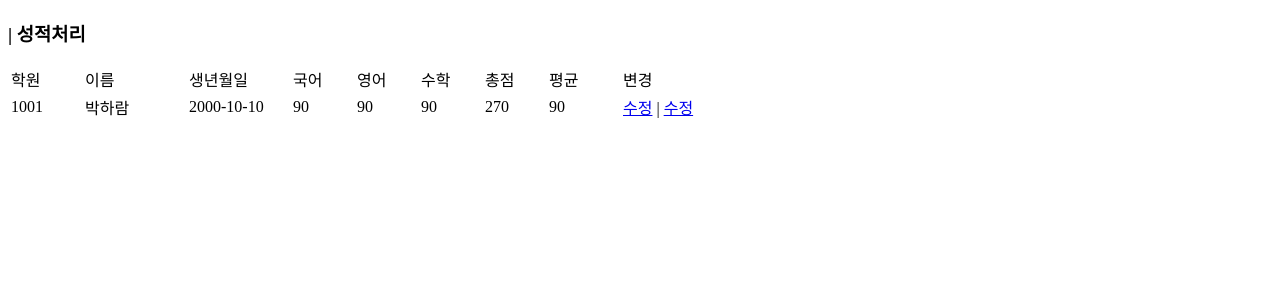
Repository: marudaga/html-css-lecture
Page: work/study/src/main/webapp/htmlEx/ch04/ex07.html
An editor plug-in stored every save of this project. The page is shown before and after the next save, followed by the edit.
The browser window is 1280 px wide. The pictures show the whole page.

Above is the page before, as saved 2022-09-07 06:09:29.

### work/study/src/main/webapp/htmlEx/ch04/ex07.html
<!DOCTYPE html>
<html>
<head>
<meta charset="UTF-8">
<title>Insert title here</title>
</head>
<body>

	<div class="body-container">
		<div class="title">
			<h3>
				<span>|</span> 성적처리
			</h3>
		</div>

		<table class="table">
			<thead>
				<tr>
					<td width="70px;">학원</td>
					<td width="100px;">이름</td>
					<td width="100px;">생년월일</td>
					<td width="60px;">국어</td>
					<td width="60px;">영어</td>
					<td width="60px;">수학</td>
					<td width="60px;">총점</td>
					<td width="70px;">평균</td>
					<td>변경</td>
				</tr>
			</thead>
			<tbody>
				<tr>
					<td>1001</td>
					<td>박하람</td>
					<td>2000-10-10</td>
					<td>90</td>
					<td>90</td>
					<td>90</td>
					<td>270</td>
					<td>90</td>
					<td><a href="#">수정</a> | <a href="#">수정</a></td>
				</tr>
			</tbody>
		</table>
	</div>
</body>
</html>

After the next save:
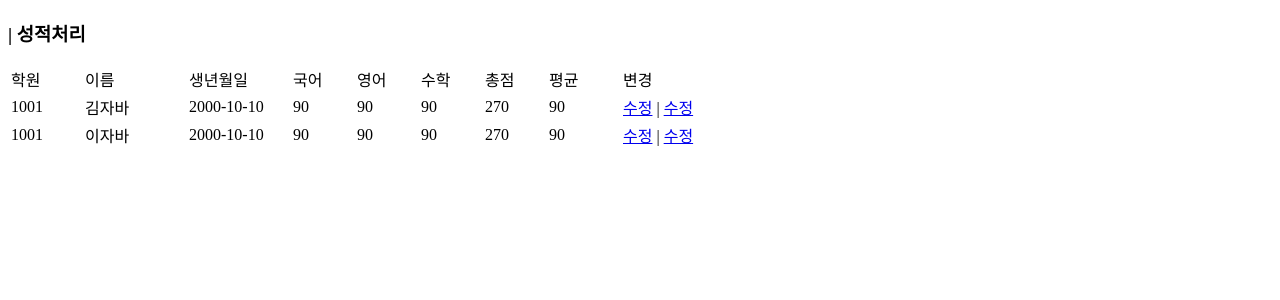
Saved 55 s later.
--- a/work/study/src/main/webapp/htmlEx/ch04/ex07.html
+++ b/work/study/src/main/webapp/htmlEx/ch04/ex07.html
@@ -30,7 +30,18 @@
 			<tbody>
 				<tr>
 					<td>1001</td>
-					<td>박하람</td>
+					<td>김자바</td>
+					<td>2000-10-10</td>
+					<td>90</td>
+					<td>90</td>
+					<td>90</td>
+					<td>270</td>
+					<td>90</td>
+					<td><a href="#">수정</a> | <a href="#">수정</a></td>
+				</tr>
+				<tr>
+					<td>1001</td>
+					<td>이자바</td>
 					<td>2000-10-10</td>
 					<td>90</td>
 					<td>90</td>
